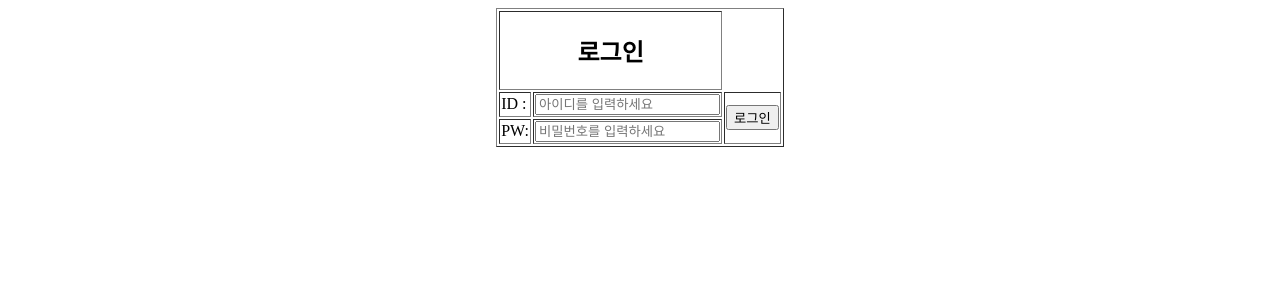
Repository: umhayun/myJSP
Page: HTML/src/main/webapp/login.html
An editor plug-in stored every save of this project. The page is shown before and after the next save, followed by the edit.
The browser window is 1280 px wide. The pictures show the whole page.

Above is the page before, as saved 2022-01-18 01:50:27.

### HTML/src/main/webapp/login.html
<!DOCTYPE html>
<html>
<head>
<meta charset="UTF-8">
<title>Insert title here</title>
</head>
<body>
<!--form태그는 데이터를 전송하기 위해서 사용 -->
<form action="">
<table align=center border="1">
	<tr>
		<td colspan=2 align=center><h2>로그인</h2></td>
	</tr>
	<tr>
		<td width="20">ID : </td>
		<td width="50"><input type="text" placeholder="아이디를 입력하세요"></td>
		<td rowspan=2 align=center><input type=submit value="로그인"></td>
	</tr>
	<tr>
		<td width="20">PW: </td>
		<td width="50"><input type="password" placeholder="비밀번호를 입력하세요"></td>
	</tr>

</table>
</form>

</body>
</html>

After the next save:
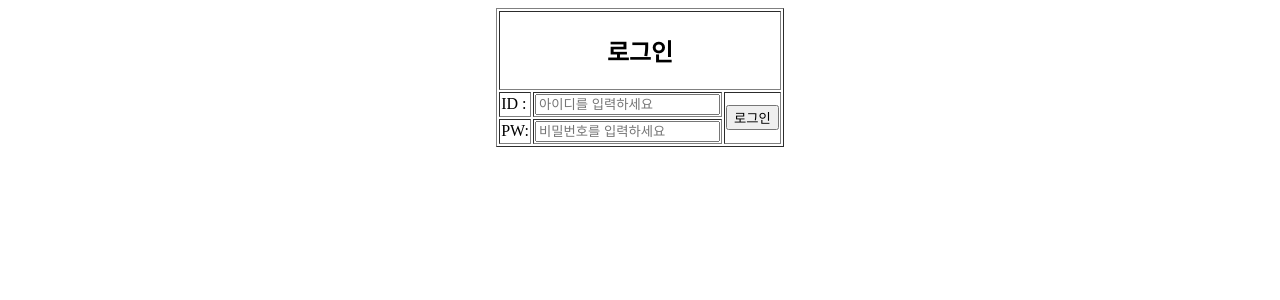
Saved 11 s later.
--- a/HTML/src/main/webapp/login.html
+++ b/HTML/src/main/webapp/login.html
@@ -9,7 +9,7 @@
 <form action="">
 <table align=center border="1">
 	<tr>
-		<td colspan=2 align=center><h2>로그인</h2></td>
+		<td colspan=3 align=center><h2>로그인</h2></td>
 	</tr>
 	<tr>
 		<td width="20">ID : </td>
